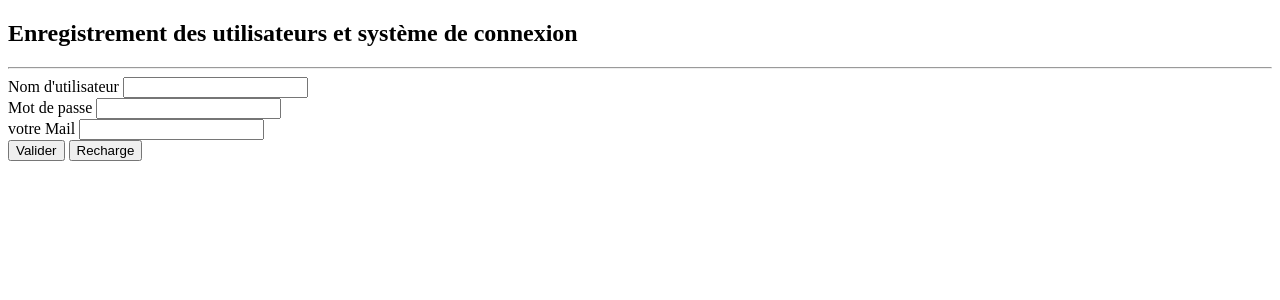
Repository: clairedupuich/serv_drone
Page: http://localhost/test.php
An editor plug-in stored every save of this project. The page is shown before and after the next save, followed by the edit.
The browser window is 1280 px wide. The pictures show the whole page.
The page is run by PHP 8.4 with error messages shown; the project is at /var/www/html/.

Above is the page before, as saved 2021-06-01 21:47:24.

### test.php
<!DOCTYPE html>
<html lang="en">
<head>
    <meta charset="UTF-8">
    <meta http-equiv="X-UA-Compatible" content="IE=edge">
    <meta name="viewport" content="width=device-width, initial-scale=1.0">
    <title>Document</title>
</head>
<body>
    <?php
    //require_once("pdo.php");

    $hosthome = 'localhost';
    $database = 'servdrone';
    $userName = 'claire';
    $password = 'claire'; //此处直接链接数据库。pdo文件不能运行。


                try {
                    $connexion = 'mysql:host='.$hosthome.';port=3308;dbname='.$database;
                    $monPdo = new PDO($connexion, $userName, $password, array(PDO::ATTR_ERRMODE => PDO::ERRMODE_EXCEPTION));
                    if(isset($_POST["submit"])) {
                        if(isset($_POST["username"], $_POST["password"], $_POST["email"]) && !empty($_POST["username"])&& !empty($_POST["password"]) && !empty($_POST["email"])) {
                            //echo "bonjour".$_POST["username"];
                            $firstname = $_POST["username"];
                            $password = $_POST["password"];
                            $email = $_POST["email"];
                            //$pdo = MonPdo::utiliserPdo(); // tu te connectes à PDO


                            $sql = "INSERT INTO `users` (`firstName`, `password`, `email`) VALUES ('".$firstname."', '".$password."', '".$email."')";
                            $requete = $monPdo->prepare($sql);
                            $requete->execute();
                            //注册成功，前往登录
                            echo "<script>alert('inscription réussie,Aller à la connexion！');
                            window.location.href='test1.php';
                            </script>";

                       } else {
                           echo "Veuillez remplir tout !";
                       }
                    }

                } catch(PDOException $exception){
                    $errorMessage = "Erreur de connexion à la base de données".$exception->getMessage();
                    die($errorMessage);
                }



    // $_POST = [
    //     "username" => "claire"
    //     "password" => "123"
            //"email" => "n;,n;,n",
            //"submit" => "submit"


    // ]


    ?>
     <h2>Enregistrement des utilisateurs et système de connexion</h2>
<hr>
        <form action="#" method="POST">



                <label for="pseudo">Nom d'utilisateur</label>
                <input type="text" id ="pseudo" name="username"><br>


                <label for="pwd">Mot de passe</label>
                <input type="password" name="password" id="pwd"><br>

                <label for="mail">votre Mail</label>
                <input type="email" name="email" id="mail"><br>

                <button type="submit" name="submit" value="submit">Valider</button>
                <input type="reset" name="cancel" value="Recharge">
        </form>
    </body>
</html>

After the next save:
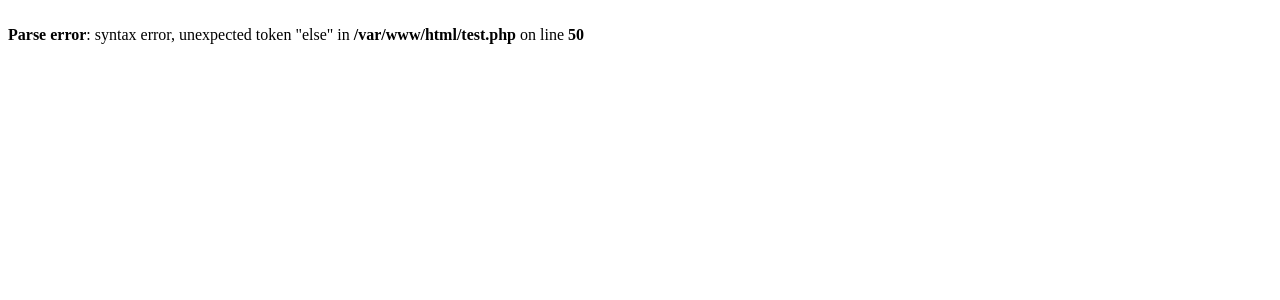
Saved 2 min 8 s later.
--- a/test.php
+++ b/test.php
@@ -26,6 +26,17 @@
                             $password = $_POST["password"];
                             $email = $_POST["email"];
                             //$pdo = MonPdo::utiliserPdo(); // tu te connectes à PDO
+
+/*输入没有逻辑问题，开始判断用户名是否已经存在于数据库*/
+$select = "select * from admin where name = '$name'";
+$query = $conn->query($select);
+$row = mysqli_fetch_assoc($query);
+/*如果存在，则说明数据库中有重名的*/
+if ($row){
+    echo "<script>alert('用户名已存在，请重新输入！')</script>";
+}else{
+    $insert = "insert into admin(name,password) value('$name','$password')";
+    $query1 = $conn->query($insert);
 
 
                             $sql = "INSERT INTO `users` (`firstName`, `password`, `email`) VALUES ('".$firstname."', '".$password."', '".$email."')";
